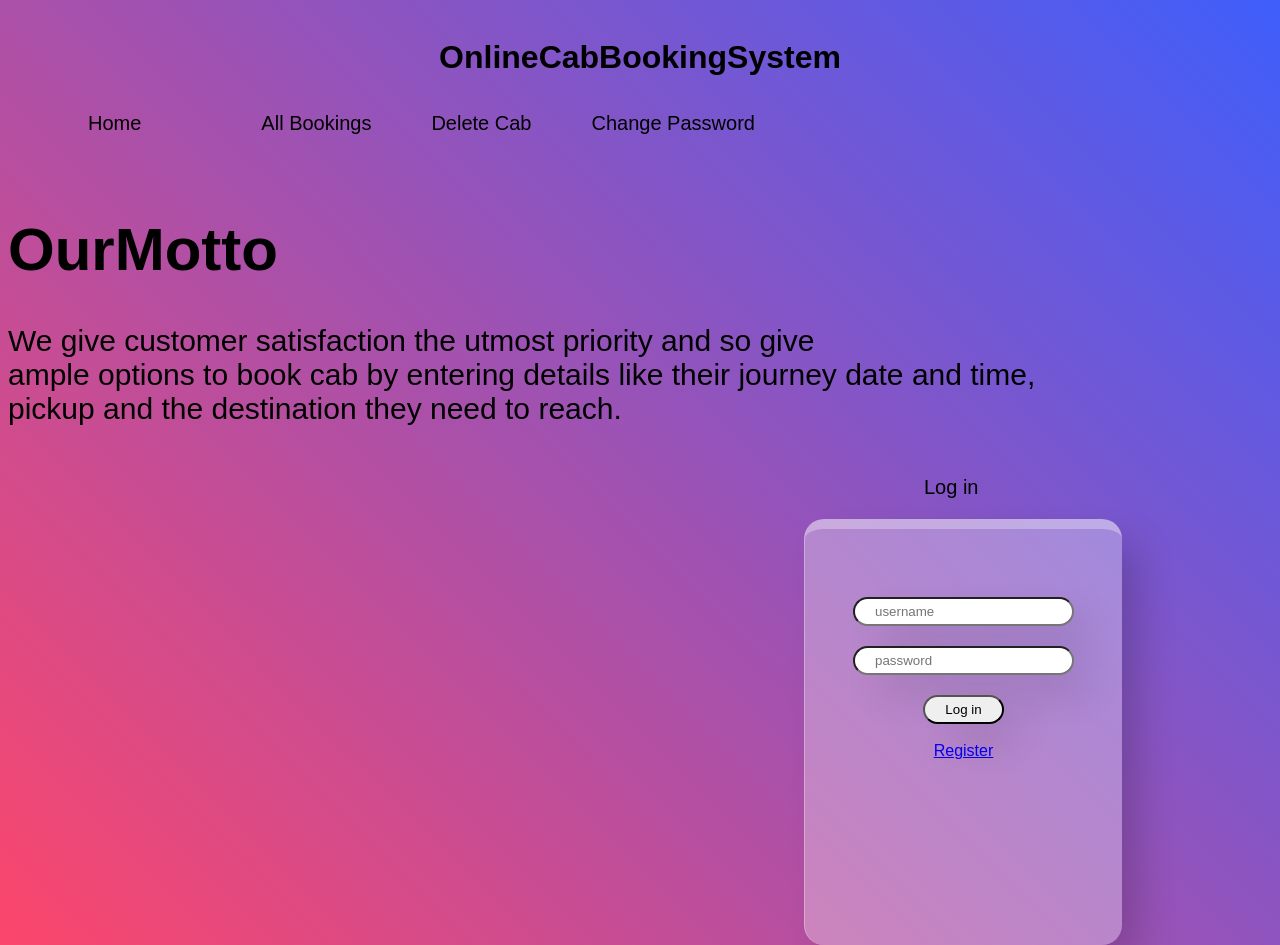
Repository: venkateshpillala/OnlineCabBookingSystem
Page: BookCab/src/main/webapp/changePassword.html
The author's editor kept a copy of each file at every save. The page is drawn from the files as they stood at one save, then again after the next save.
The browser window is 1280 px wide. The pictures show the whole page.

Above is the page before, as saved 2024-06-07 17:05:59.

After the next save:
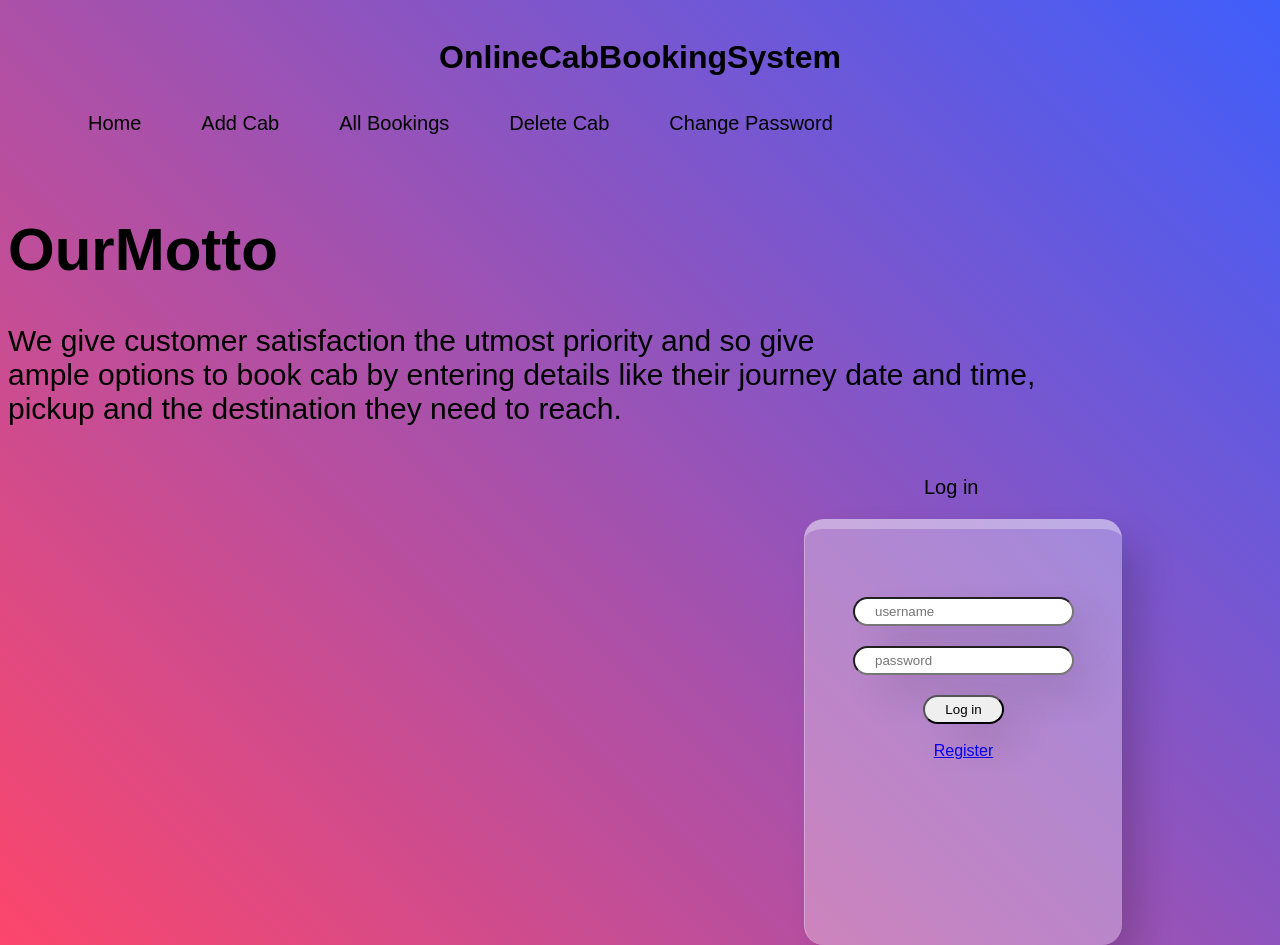
Saved 7 s later.
--- a/BookCab/src/main/webapp/changePassword.html
+++ b/BookCab/src/main/webapp/changePassword.html
@@ -90,7 +90,7 @@
 	<h1 >OnlineCabBookingSystem</h1>
 	<ul>
 		<li><a href = "./Home.html">Home</a></li>
-		<li><a href = "./AddCab.html"></a></li>
+		<li><a href = "./AddCab.html">Add Cab</a></li>
 		<li><a href = "./allbookings">All Bookings</a></li>
 		<li><a href = "./deleteCab.html">Delete Cab</a></li>
 		<li><a href = "./changePassword.html">Change Password</a></li>
